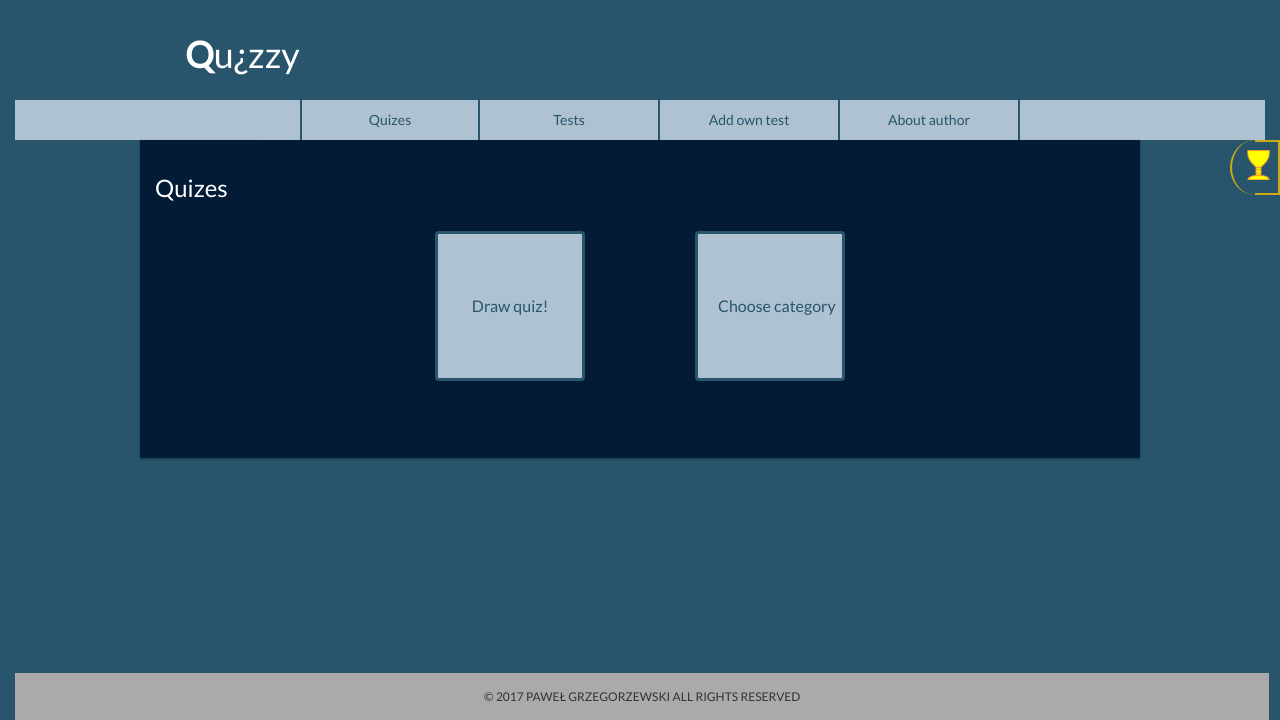
Repository: pgrzegorzewski/quiz
Page: http://localhost/app/quiz.php
An editor plug-in stored every save of this project. The page is shown before and after the next save, followed by the edit.
The browser window is 1280 px wide. The pictures show the whole page.
Some web libraries are served in a nearby version. The page is run by PHP 8.4 with error messages shown; the project is at /var/www/html/.

Above is the page before, as saved 2017-04-22 13:11:43.

After the next save:
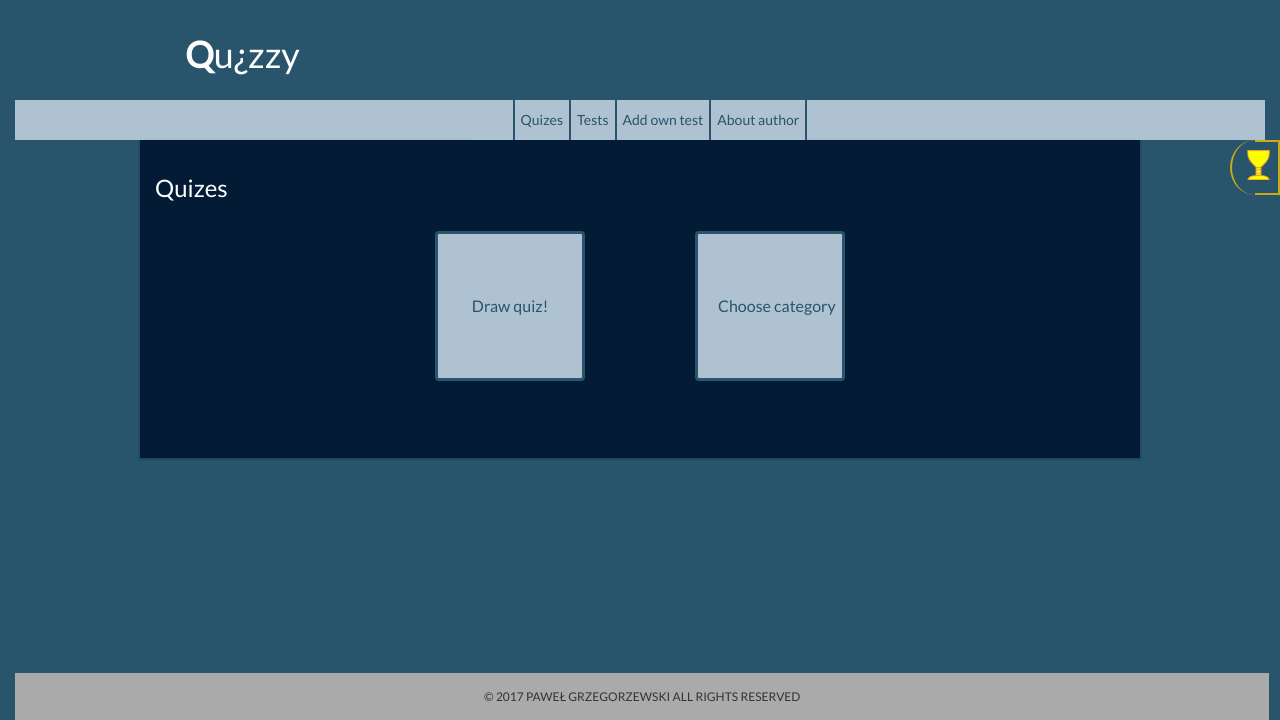
Saved 45 min 23 s later.
--- a/htdocs/app/learningapp/css/index.css
+++ b/htdocs/app/learningapp/css/index.css
@@ -160,7 +160,7 @@
 ol > li
 {
 	list-style:none;
-	width: 180px;
+	max-width: 180px;
 	color: #28546C;
 	background-color:#AFC2D1;
 	border-right:2px solid #28546C;
@@ -217,7 +217,7 @@
 
 ol > li > ul > li > a
 {
-	width: 180px;
+	max-width: 180px;
 }
 
 ol > li > ul > li:hover

After the 2 saves that followed:
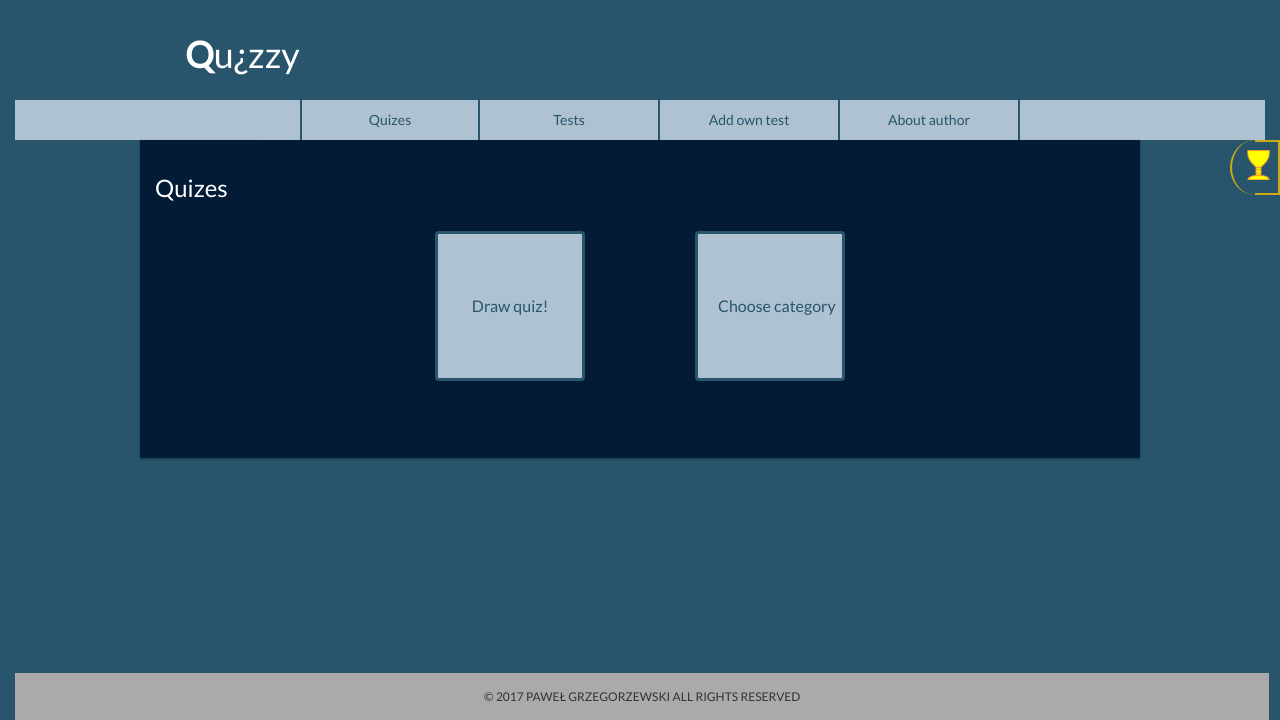
The 2 saves are shown as one change because 1 left the picture as it was.
The last was saved 31 s later.
--- a/htdocs/app/learningapp/css/index.css
+++ b/htdocs/app/learningapp/css/index.css
@@ -160,7 +160,7 @@
 ol > li
 {
 	list-style:none;
-	max-width: 180px;
+	width: 180px;
 	color: #28546C;
 	background-color:#AFC2D1;
 	border-right:2px solid #28546C;
@@ -217,7 +217,7 @@
 
 ol > li > ul > li > a
 {
-	max-width: 180px;
+	width: 180px;
 }
 
 ol > li > ul > li:hover
